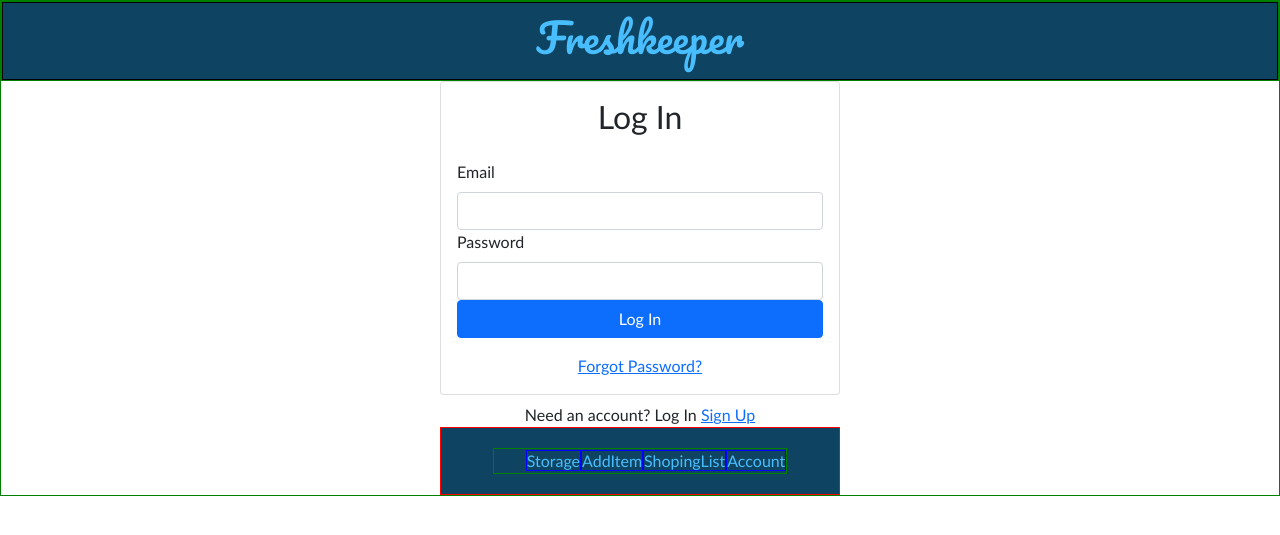
Repository: patrik-fredlund/freshkeeper-repo
Page: /
An editor plug-in stored every save of this project. The page is shown before and after the next save, followed by the edit.
The browser window is 1280 px wide. The pictures show the whole page.
The project was rebuilt for these pictures with package versions that can differ from the ones it lists, and the page was loaded fresh each time. Also part of the build but not shown: src/components/Signup.js, src/components/Account.js, src/components/ForgotPassword.js, src/components/UpdateProfile.js, src/components/Storage.js, src/components/Shopinglist.js, src/components/AddItem.js.

Above is the page before, as saved 2021-10-15 23:00:48.

After the next save:
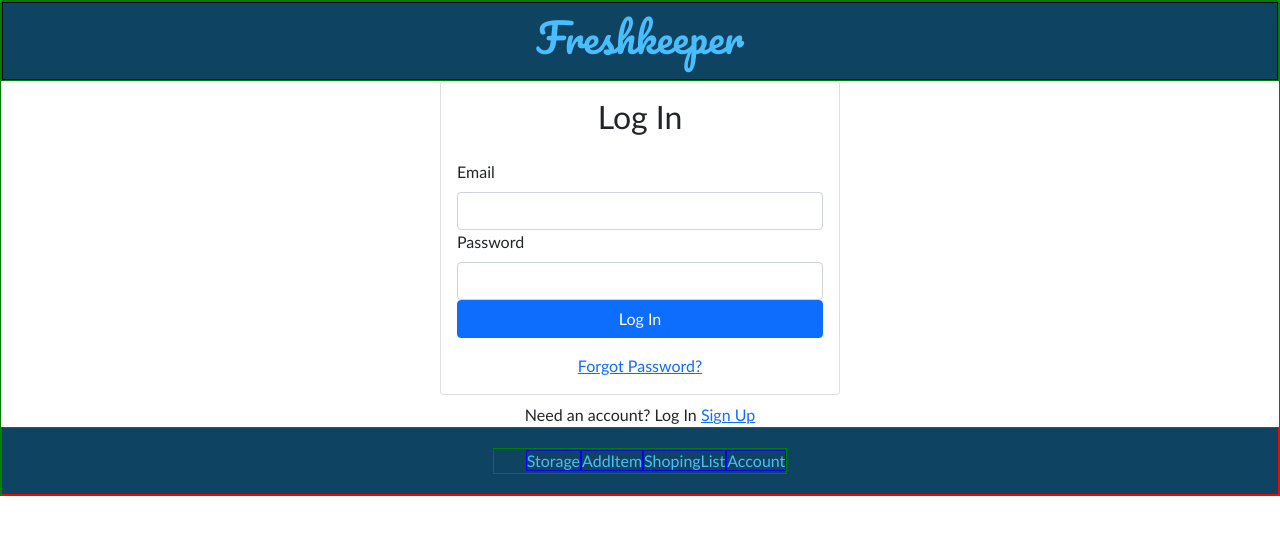
Saved 16 s later.
--- a/src/components/navbar/navbarStyles.js
+++ b/src/components/navbar/navbarStyles.js
@@ -3,7 +3,7 @@ import styled from 'styled-components';
 export const NavbarStyles = styled.div`
   border: 1px solid red;
   display: flex;
-  max-width: 400px;
+  /* max-width: 400px; */
   justify-content: space-between;
   align-items: center;
   background-color: #0e4462;
